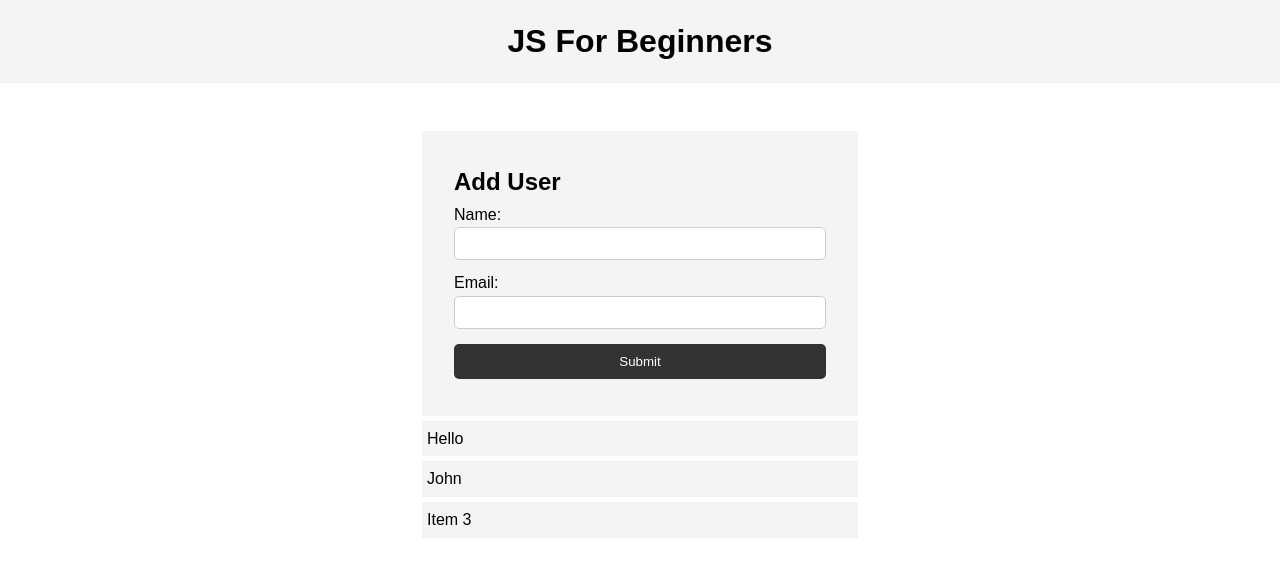
Repository: balkisys/FormationFullStackJS
Page: index.html
These files come from the project's save history. The page is drawn as it stood at one moment and after the next save; the edit follows.
The browser window is 1280 px wide. The pictures show the whole page.

Above is the page before, as saved 2021-03-20 07:45:38.

### index.html
<!DOCTYPE html>
<html lang="en">
  <head>
    <meta charset="UTF-8" />
    <meta name="viewport" content="width=device-width, initial-scale=1.0" />
    <meta http-equiv="X-UA-Compatible" content="ie=edge" />
    <title>JS For Beginners</title>
    <link rel="stylesheet" href="style.css">
  </head>
  <body>
    <header>
      <h1>JS For Beginners</h1>
    </header>

    <section class="container">
      <form id="my-form">
        <h1>Add User</h1>
        <div class="msg"></div>
        <div>
          <label for="name">Name:</label>
          <input type="text" id="name">
        </div>
        <div>
          <label for="email">Email:</label>
          <input type="text" id="email">
        </div>
        <input class="btn" type="submit" value="Submit">
      </form>

      <ul id="users"></ul>

      <ul class="items">
        <li class="item">Item 1</li>
        <li class="item">Item 2</li>
        <li class="item">Item 3</li>
      </ul>
    </section>



    <script src="test.js">
    </script>
  </body>
</html>

### style.css
* {
    margin: 0;
    padding: 0;
    box-sizing: border-box;
}

body {
    font-family: Arial, Helvetica, sans-serif;
    line-height: 1.6;
}

ul {
    list-style: none;
}

ul li {
    padding: 5px;
    background: #f4f4f4;
    margin: 5px 0;
}

header {
    background: #f4f4f4;
    padding: 1rem;
    text-align: center;
}

.container {
    margin: auto;
    width: 500px;
    overflow: auto;
    padding: 3rem 2rem;
}

#my-form {
    padding: 2rem;
    background: #f4f4f4;
}

#my-form label {
    display: block;
}

#my-form input[type='text'] {
    width: 100%;
    padding: 8px;
    margin-bottom: 10px;
    border-radius: 5px;
    border: 1px solid #ccc;
}

.btn {
    display: block;
    width: 100%;
    padding: 10px 15px;
    border: 0;
    background: #333;
    color: #fff;
    border-radius: 5px;
    margin: 5px 0;
}

.btn:hover {
    background: #444;
}

.bg-dark {
    background: #333;
    color: #fff;
}

.error {
    background: orangered;
    color: #fff;
    padding: 5px;
    margin: 5px;
}

### test.js
//console.log('Hello world ');
//console.error('This is an error Test ');
//console.warn('this is a warning ');


//console.log(a);
 // let, const
//let age = 30;
//age = 15;
//console.log(age);

//const PI = 3.14;
//PI = 50;
//console.log(age);

//String , Numbers , Boolean , undefined , Objet

// let number = 14.5;
// var isCold = true;
// var X;
// var z = null;
// const y = undefined;
// console.log(typeof isCold);
// console.log(typeof y);
//x = 6;
//console.log(x);

// Concatenation
//const age = 30;
//const name = 'Ali ';
//console.log('My name is : ' + name + ' i am ' + age);
// Template literals (Template strings)
//const hello = `My name is ${name} and I am ${age} `;
//console.log(hello);
//const s = 'Hello Weekend';
//console.log(s.length);// property of JS
//console.log(s.toLowerCase());
//console.log(s.toUpperCase()); //methode pre JS

//console.log(s.substring(0, 5).toLocaleUpperCase());
//console.log(s.split(''));
//const c = 'technologie , computers , it , code , React ';
//console.log(c.split(','));
 // Array - vaiables that hold multiple values
// const numbers = new Array(1, 2, 3, 4, 5); // creation of an array with the constructor
// console.log(numbers);
// const fruits = ['apples', 'oranges', 1 , 2.2 , true];
// //console.log(fruits[4]); // first element
// //fruits[5] = 'hello';

// //fruits.push('mangos');

// //fruits.unshift('bbcc');
// //fruits.pop();
// //console.log(fruits);
// //console.log(Array.isArray('test'));

// console.log(fruits.indexOf('oranges'));// position of elements in the array

// const person = {
//     firstName: 'Johne',
//     age: 30,
//     hobbies: ['music', 'movies', 'sports'],
//     adress: {
//         street: ' 50 Main ',
//         city: 'Boston ',
//         state : 'MA'
//     }

// }
//console.log(person.age);

// distructuring to pull out object properties
// const { firstName, age, adress: { city } } = person;

// console.log(age);
// console.log(city);
// // we can add a property directly :
// person.email = 'Johne@gmail.com';
// console.log(person);
// Array of object  : object letrals
// const todos = [
//     {
//         id: 1,
//         text: 'Take JS cours ',
//         isCompleted : true
//     },
//      {
//         id: 2,
//         text: 'Take React cours ',
//         isCompleted : false
//     },
//       {
//         id: 3,
//         text: 'Take Node.js cours ',
//         isCompleted : false
//     }
// ]
// console.log(todos.length);

// const todoJSON = JSON.stringify(todos);
// console.log(todoJSON);

//FOR LOOP

//  for (let i = 0; i <= todos.length; i++){
//     console.log(todos[i]);
//     //console.log(`For Loop Number : ${i}`);
// }

// let i = 0;
// while (i < 5) {
//     console.log(`While Loop Number : ${i}`);
//     i ++;
// }
//ES6
// for (let item of todos) {
//     console.log(item);
// }
//Heigh Order Array Methods :
// forEach , Map , filter

// forEach  : just loops threw the array
// map : create new array from an array
// filter : create new array from an array based on condition

// ForEach
// todos.forEach(
//     function (todo) {
//     console.log(todo.text);
//     })

// ---------------------------------------------------- //

    //EL CODE ELI MENBA3D N7OTOU FI DRIVE
// const x = 4;
// const y = 11;
// if (x > 5 || y > 10) { // try ' && '
//     console.log('x is more than 5 or y is more than 10 ');
// }
// Functions
// function addNums(num1, num2) {
//     console.log(num1 + num2);

// }
// addNums(5, 4);
//addNums();// returns NaN (not a number that means it should return a number)
// other exp with setting default values for our parameters
// function addNums(num1 = 1 , num2 = 3) {
//     //console.log(num1 + num2); // usualy we don't console log somthing we return somthing from the function
//     return num1 + num2;
// }
// //addNums(); // it returns value because we have parametres with default value
// console.log(addNums(5, 5));

// Now with arrow functions it much better for code
// Arrow functions intreduced with ES6
// we transforme addNums function to arraow function
// const addNums = (num1 = 1, num2 = 1) => {
//     return num1 + num2;
// }
// if we have one expression  no other variable declaration we can juste write it in one ligne
// like that
// const addNums = (num1 = 1, num2 = 1) => console.log(num1 + num2);
// addNums(5, 50);
//  if we want to return somthing we simply don't write the 'return' key world
// const addNums = (num1 = 1, num2 = 1) => num1 + num2;
// console.log(addNums(5, 51));

// or if we have one parametre we delete the ()

// const addNums = num1 => num1 + 5;
// console.log(addNums(5000));
// usffull for  foreach

//todos.forEach((todo) => console.log(todo));

//OOP
// we have looked on Object litterals and distruction
//constructor function with prototypes and ES6 classes

// function Person(firstName, lastName, dob) {// we set them to properties of object
//     this.firstName = firstName;
//     this.lastName = lastName;
//     //this.dob = dob;
//     this.dob = new Date(dob);
//     // we can add methodes or function to this object
//     // this.getBirthYear = function () {
//     //     return this.dob.getFullYear();
//     // }
//     // this.getFullName = function () {
//     //     return `${this.firstName} ${this.lastName}`
//     // }
// }
// Person.prototype.getBirthYear = function () {
//     return this.dob.getFullYear();
// }
// Person.prototype.getFullName  = function () {
//      return `${this.firstName} ${this.lastName}`
// }
// // Instantiate object with constructor function
// const person1 = new Person('John', 'Doe', '4-3-1980');
// const person2 = new Person('Marry', 'Smith', '3-6-1970');
// console.log(person2.dob.getFullYear());// we can do alot of things with the Date methode
// // we have to talke about dates : now we pass date as string but in a good exp we have to declare Date()


// console.log(person1.getBirthYear());
// console.log(person1.getFullName());
// console.log(person1);// what i would like to do not have the functions with every object instance
// //  because we might not need to use this so we put the function in the prototype

// console.log(person2.getFullName());

// ES6 uses Classes syntaxed sugar easier to write and reed
// class Person {
//     constructor(firstName, lastName, dob) {// it's a methode inside class
//          this.firstName = firstName;
//          this.lastName = lastName;
//    //this.dob = dob;
//          this.dob = new Date(dob);
//     }
//     getBirthYear() {
//         return this.dob.getFullYear();
//     }
//     getFullName() {
//         return `${this.firstName} ${this.lastName}`;
//     }

// }
// const person1 = new Person('John', 'Doe', '4-3-1980');
// const person2 = new Person('Marry', 'Smith', '3-6-1970');
// console.log(person1.getFullName());
// console.log(person1);


// -----------------DOM---------------------------- //
// window object is the parent object of the browser : he have the alert function
//console.log(window);
//window.alert(1);
// talk about document function
// Single element
// const form = document.getElementById('my-form');
// // query selector is newer then getElementById : and works just like Jquery
// console.log(document.querySelector('.container'));

// console.log(form);
// console.log()
// // Multiple element
//console.log(document.querySelectorAll('.item')); //node list semilar to an array
// we can run array methods on it
// with querySelectorAll you can put any thing an id , class , a tag anything
//console.log(document.getElementsByClassName('item'));
//console.log(document.getElementsByTagName('li'));

//const items = document.querySelectorAll('.item');
//items.forEach((item) => console.log(item));
const ul = document.querySelector('.items');
//ul.remove();
// remove the last item

//ul.lastElementChild.remove();
ul.firstElementChild.textContent = 'Hello';
ul.children[1].innerText = 'John';

After the next save:
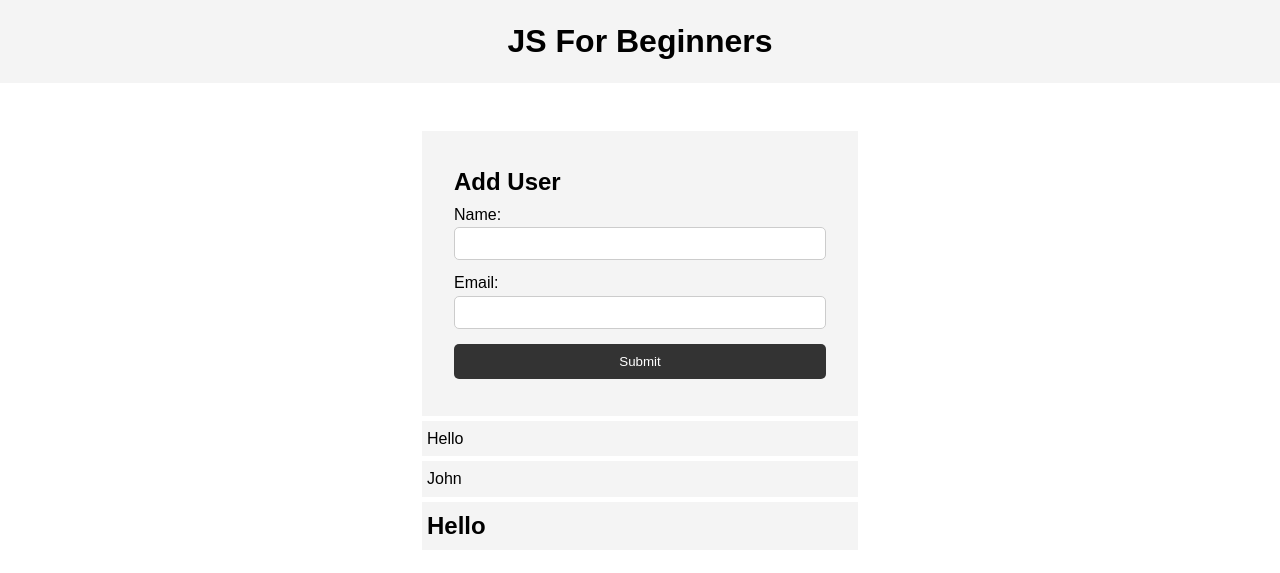
Saved 27 s later.
--- a/test.js
+++ b/test.js
@@ -262,3 +262,4 @@ const ul = document.querySelector('.items');
 //ul.lastElementChild.remove();
 ul.firstElementChild.textContent = 'Hello';
 ul.children[1].innerText = 'John';
+ul.lastElementChild.innerHTML = '<h1> Hello</h1>';
